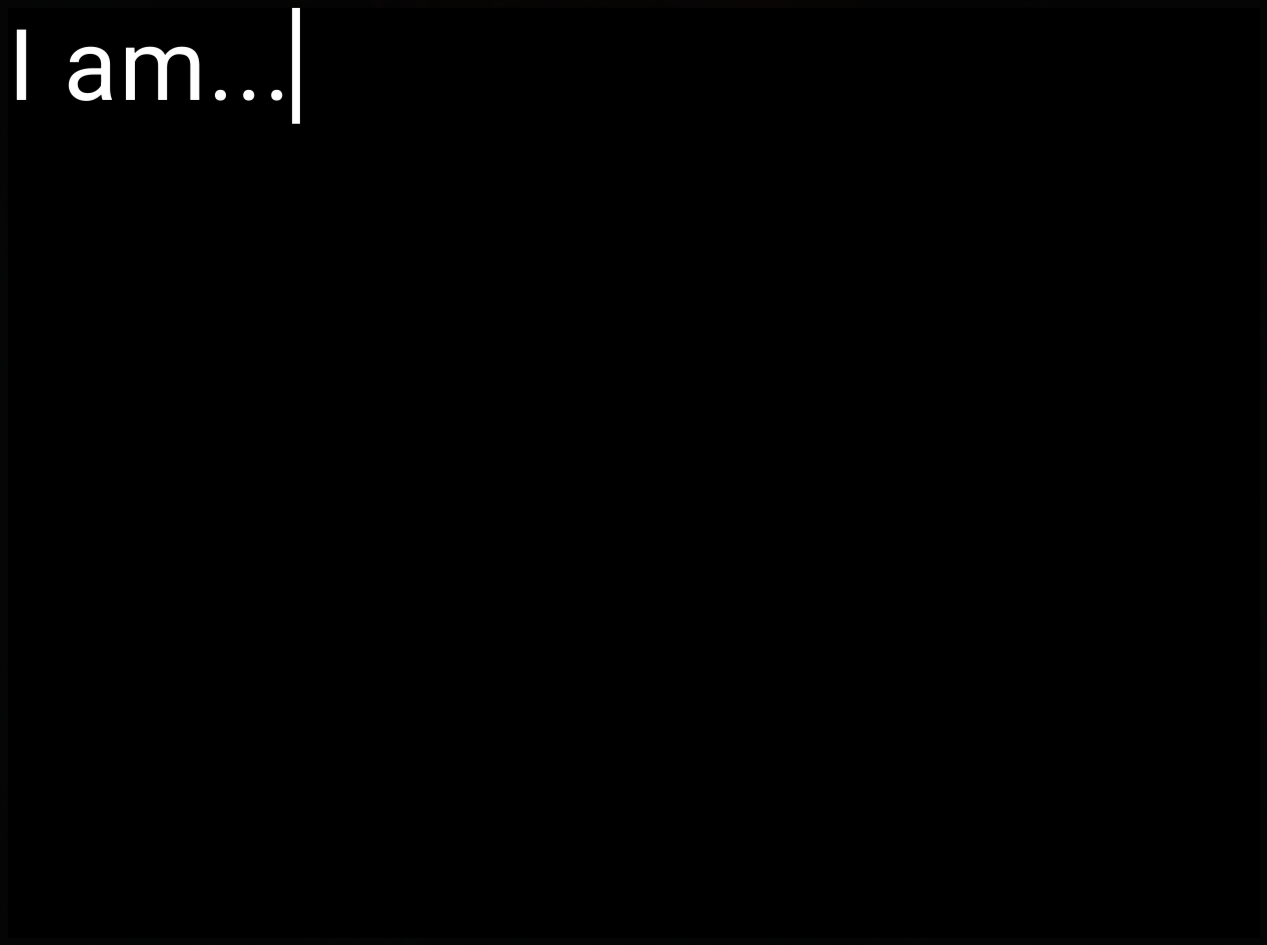
Repository: meywenz/mysite
Page: index.html
An editor plug-in stored every save of this project. The page is shown before and after the next save, followed by the edit.
The browser window is 1280 px wide. The pictures show the whole page, at 99% of full size.

Above is the page before, as saved 2021-04-11 14:54:21.

### index.html
<html lang="en">
<head>
    <link href="https://fonts.googleapis.com/css2?family=Righteous&display=swap" rel="stylesheet">
<link rel="preconnect" href="https://fonts.gstatic.com">
<meta charset="UTF-8">
<meta name="viewport" content="width=device-width, initial-scale=1.0">
<link rel="stylesheet" href="styles.css">
<!-- <style>
        @import url('https://fonts.googleapis.com/css2?family=Roboto:ital@0;1&display=swap');
        @import url('https://fonts.googleapis.com/css2?family=Righteous&display=swap');
    </style> -->

<script src="typewriter.js"></script>
<title>Meywenz</title>
</head>
<body>
<!--
    <div class="container"> -->
        <!-- <video autoplay loop  class="vid">
            <source src="assets/fire.mov" type="video/mov">
        </video> -->
<!-- Profile picture-->
<img src="assets/image.jpg" alt="profile picture" class="profile-picture">
<!-- Profile name-->

<div class="hi">
    <a href="" class="typewrite" data-period="2000" data-type='[ "Hi.", "I am..."]'>
      <span class="wrap"></span>
    </a>
  </div>

<div class="profile-name">
    <img src="assets/meywenzlogo4.png" alt="Meywenz" class="logo-top">
</div>
<div class="bio">Your new favourite music producer.</div>
<!-- Links-->
<div class = "container_links">
    <div class="spotify"><a href="https://open.spotify.com/artist/48RV6cBeaOZcSaCCM6LlSH" class="links" id="left">SPOTIFY</a></div>
<div class="spotify"><a href="https://www.soundcloud.com/meywenz" class="links" id="right">SOUNDCLOUD</a></div>
<div class="spotify"><a href="https://www.instagram.com/meywenz/" class="links" id="left">INSTAGRAM</a></div>
<div class="spotify"><a href="https://www.facebook.com/meywenzmusic" class="links" id="right">FACEBOOK</a></div>
<div class="spotify"><a href="https://www.tidal.com/browse/artist/10154352" class="links"id="left">TIDAL</a></div>
<div class="spotify"><a href="https://www.music.youtube.com/channel/UCvvyjrYmoi0XRr_djBMh6Aw" class="links"id="right">YOUTUBE MUSIC</a></div>
    </div>
<!-- Logo -->
<div class="bottom-text">Made by <img src="assets/meywenzlogo4.png" alt="Meywenz" class="logo-bottom"> </div>
</div>
</body>
</html>

### styles.css
@import url("https://fonts.googleapis.com/css2?family=Roboto:ital@0;1&display=swap");

* {
  font-family: "Roboto", "Open Sans";
}

body {
  background: linear-gradient(rgba(0, 0, 0, 0.8), rgba(0, 0, 0, 0.8)),
    url("./assets/bgc2.jpg");
  background-position: center top;
  background-size: 100% auto;
  background-repeat: no-repeat;
  backdrop-filter: blur(10px);
  -webkit-backdrop-filter: blur(10px);
  color: #fff;
  font-family: "Roboto", "Open Sans";
  font-size: 15px;
  letter-spacing: 2px;
  color: #fff;
  /* overflow: scroll; */
  background-size: cover;
  animation: fadeInFromNone 1s ease-out both;
  scrollbar-width: none; /* Firefox */
  -ms-overflow-style: none; /* IE 10+ */
}

body::-webkit-scrollbar {
  width: 0px;
  background: transparent; /* Chrome/Safari/Webkit */
}

img {
  border-radius: 50%;
}
.profile-picture {
  display: block;
  margin-left: auto;
  margin-right: auto;
  margin-top: auto;
  height: auto;
  max-width: 150px;
  animation-name: imageY, fadeInFromNone;
  animation-duration: 2s;
  opacity: 0;
  animation-delay: 6s;
  animation-fill-mode: forwards;

  /* opacity: 0;

  animation: fadeIn, imageY 3s;
  animation-delay: s;
  animation-fill-mode: forwards; */
}
.profile-name {
  font-family: "Roboto", sans-serif;
  text-align: center;
  padding: 30px;
  font-size: 1.5rem;
}
.bio {
  text-align: center;
  padding: 30px;
  animation-name: imageY2, fadeInFromNone;
  animation-duration: 3s;
  opacity: 0;
  animation-delay: 8s;
  animation-fill-mode: forwards;
}
/* .container_links{
  animation-name: fadeInFromNone;
  animation-duration: 3s;
  opacity: 0;
  animation-delay: 7s;
  animation-fill-mode: forwards;

} */

.links {
  text-align: center;
  padding: 20px;
  border: 1px solid rgb(110, 110, 110);
  border-width: 2px;
  width: 290px;
  display: block;
  margin: 20px auto 0;
  border-radius: 15px;
  animation: fadeInFromNone 10s ease-out both;
  overflow-x: hidden;
}

#left {
  animation: linksX 1s ease-out both;
  animation-delay: 9s;
}

#right {
  animation: linksX2 1s ease-out both;
  animation-delay: 9s;
}

.spotify {
  animation: fadeInFromNone 7s;
  opacity: 0;
  animation-delay: 9s;
  animation-fill-mode: forwards;
}
.container_links {
  overflow-x: hidden;
}

a {
  text-decoration: none;
  color: white;
  transition: color 1s;
}

a:hover {
  color: #000;
  background: rgba(255, 255, 255, 0.75);
  box-shadow: 0 8px 32px 0 rgba(80, 80, 80, 0.37);
  backdrop-filter: blur(4px);
  -webkit-backdrop-filter: blur(4px);
}
.links:hover {
  text-align: center;
  padding: 20px;
  border: 1px solid rgb(255, 255, 255);
  border-width: 2px;
  width: 290px;
  display: block;
  margin: 20px auto 0;
  border-radius: 15px;
  animation: fadeInFromNone 10s ease-out both;
}
.bottom-text {
  font-family: "Roboto", sans-serif;
  text-align: center;
  padding: 30px;
  font-size: 0.5rem;
  animation-name: imageY, fadeInFromNone;
  animation-duration: 10s;
  opacity: 0;
  animation-delay: 10s;
  animation-fill-mode: forwards;
}
.logo-bottom {
  max-height: 7px;
  border-radius: 5px;
  animation-name: imageY, fadeInFromNone;
  animation-duration: 10s;
  opacity: 0;
  animation-delay: 10s;
  animation-fill-mode: forwards;
}

.logo-top {
  padding: 30px;
  max-height: 80px;
  border-radius: 0px;

  animation-name: imageY2, fadeInFromNone;
  animation-duration: 4s;
  opacity: 0;
  animation-delay: 6s;
  animation-fill-mode: forwards;
}

/* .vid {
  position: absolute;
  left: 50%;
  top: 50%;
  /* The following will size the video to fit the full container. Not necessary, just nice.*/
/* min-width: 100%;
  min-height: 100%;
  -webkit-transform: translate(-50%, -50%);
  -moz-transform: translate(-50%, -50%);
  -ms-transform: translate(-50%, -50%);
  transform: translate(-50%, -50%);
  z-index: 0;
} */

.hi {
  font-family: "Righteous", cursive;
  text-align: center;
  opacity: 1;
  /* color: #fff;
  display: grid
place-items: center */
  /* display: none; Hidden by default */
  position: absolute;
  /* z-index: 100; Sit on top */
  /* padding-top: 100px; Location of the box */
  left: 0px;
  top: 0px;
  width: 100%; /* Full width */
  height: 100%; /* Full height */
  overflow: auto; /* Enable scroll if needed */
  background-color: rgb(0, 0, 0); /* Fallback color */
  /* background-color: rgba(0,0,0,0.4); Black w/ opacity */
  font-size: 100px;
  display: flex;
  /* justify-content: center;
  align-items: center; */
  animation: fadeOutFromFull 1s ease-out both;
  animation-delay: 5s;
}

@keyframes imageY {
  from {
    transform: translateY(20%);
  }
  to {
    transform: translateY(0%);
  }
}

@keyframes imageY2 {
  from {
    transform: translateY(10%);
  }
  to {
    transform: translateY(0%);
  }
}

@keyframes linksX {
  from {
    transform: translateX(100%);
  }
  to {
    transform: translateX(0%);
  }
}
@keyframes linksX2 {
  from {
    transform: translateX(-100%);
  }
  to {
    transform: translateX(0%);
  }
}

@-webkit-keyframes fadeInFromNone {
  0% {
    opacity: 0;
  }

  1% {
    opacity: 0;
  }

  100% {
    opacity: 1;
  }
}

@-moz-keyframes fadeInFromNone {
  0% {
    opacity: 0;
  }

  1% {
    opacity: 0;
  }

  100% {
    opacity: 1;
  }
}

@-o-keyframes fadeInFromNone {
  0% {
    opacity: 0;
  }

  1% {
    opacity: 0;
  }

  100% {
    opacity: 1;
  }
}

@keyframes fadeInFromNone {
  0% {
    opacity: 0;
  }

  1% {
    opacity: 0;
  }

  100% {
    opacity: 1;
  }
}
@-webkit-keyframes fadeOutFromFull {
  0% {
    opacity: 1;
  }

  1% {
    opacity: 1;
  }

  100% {
    opacity: 0;
  }
}

@-moz-keyframes fadeOutFromFull {
  0% {
    opacity: 1;
  }

  1% {
    opacity: 1;
  }

  100% {
    opacity: 0;
  }
}

@-o-keyframes fadeOutFromFull {
  0% {
    opacity: 1;
  }

  1% {
    opacity: 1;
  }

  100% {
    opacity: 0;
  }
}

@keyframes fadeOutFromFull {
  0% {
    opacity: 1;
  }

  1% {
    opacity: 1;
  }

  100% {
    opacity: 0;
  }
}

@keyframes fadeIn {
  from {
    opacity: 0;
  }
  to {
    opacity: 1;
  }
}

@media only screen and (max-width: 600px) {
  .logo-top {
    max-width: 300px;
  }
}

### typewriter.js
var TxtType = function (el, toRotate, period) {
  this.toRotate = toRotate;
  this.el = el;
  this.loopNum = 0;
  this.period = parseInt(period, 10) || 2000;
  this.txt = "";
  this.tick();
  this.isDeleting = false;
};

TxtType.prototype.tick = function () {
  var i = this.loopNum % this.toRotate.length;
  var fullTxt = this.toRotate[i];

  if (this.isDeleting) {
    this.txt = fullTxt.substring(0, this.txt.length - 1);
  } else {
    this.txt = fullTxt.substring(0, this.txt.length + 1);
  }

  this.el.innerHTML = '<span class="wrap">' + this.txt + "</span>";

  var that = this;
  var delta = 200 - Math.random() * 100;

  if (this.isDeleting) {
    delta /= 2;
  }

  if (!this.isDeleting && this.txt === fullTxt) {
    delta = this.period;
    this.isDeleting = true;
  } else if (this.isDeleting && this.txt === "") {
    this.isDeleting = false;
    this.loopNum++;
    delta = 500;
  }

  setTimeout(function () {
    that.tick();
  }, delta);
};

window.onload = function () {
  var elements = document.getElementsByClassName("typewrite");
  for (var i = 0; i < elements.length; i++) {
    var toRotate = elements[i].getAttribute("data-type");
    var period = elements[i].getAttribute("data-period");
    if (toRotate) {
      new TxtType(elements[i], JSON.parse(toRotate), period);
    }
  }
  // INJECT CSS
  var css = document.createElement("style");
  css.type = "text/css";
  css.innerHTML = ".typewrite > .wrap { border-right: 0.08em solid #fff}";
  document.body.appendChild(css);
};

After the next save:
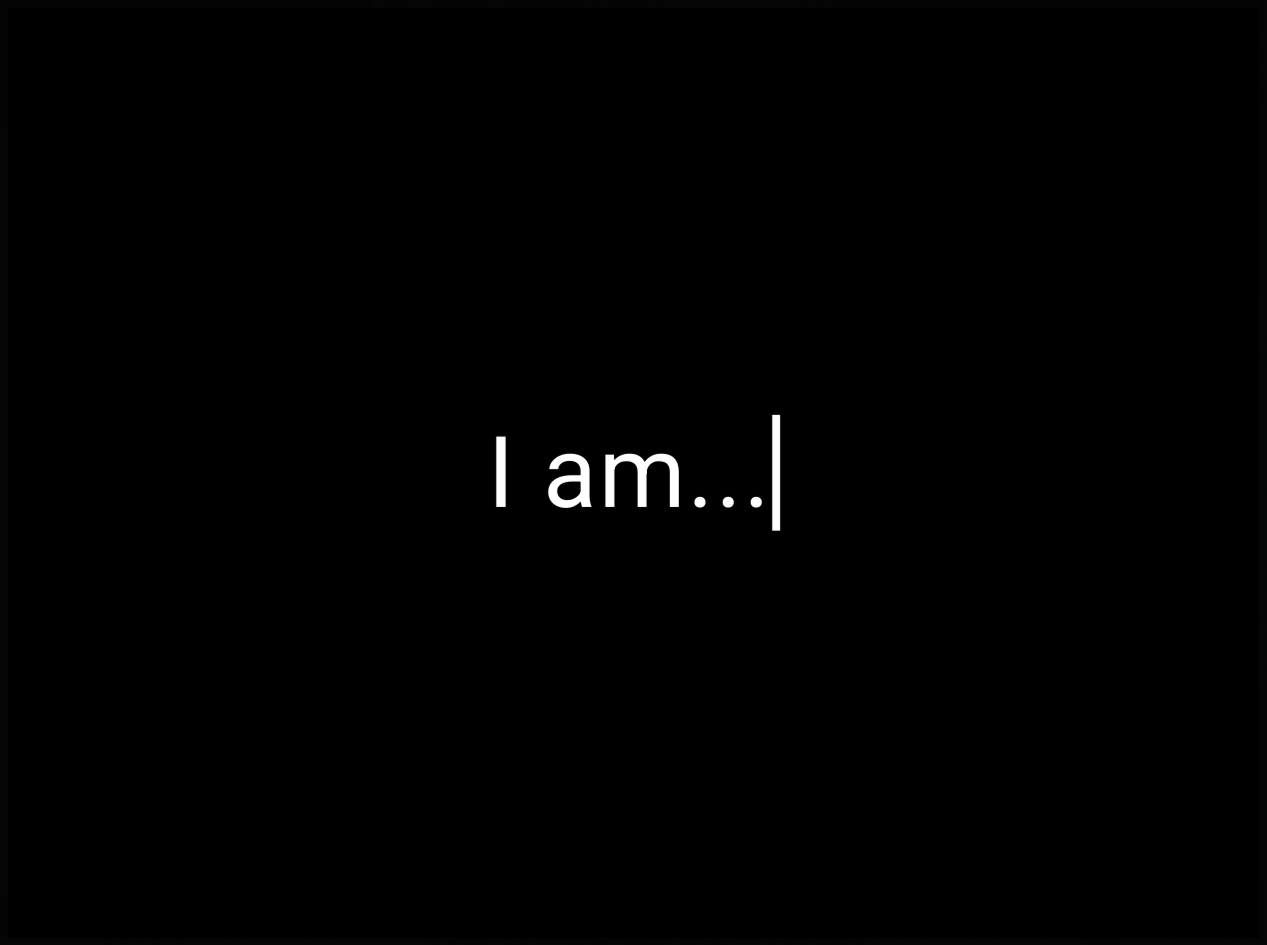
Saved 7 s later.
--- a/styles.css
+++ b/styles.css
@@ -199,8 +199,8 @@
   /* background-color: rgba(0,0,0,0.4); Black w/ opacity */
   font-size: 100px;
   display: flex;
-  /* justify-content: center;
-  align-items: center; */
+  justify-content: center;
+  align-items: center;
   animation: fadeOutFromFull 1s ease-out both;
   animation-delay: 5s;
 }
